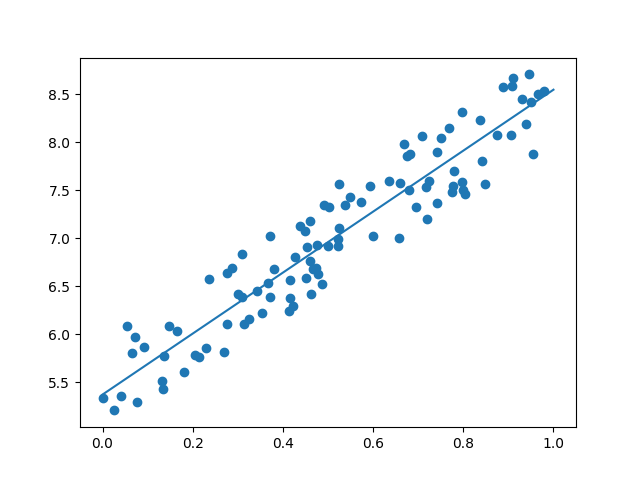
Repository: eieioF11/Python
Script's output: python project/python_sample/Machinelearning.py
An editor plug-in stored every save of this project. The script's output is shown before and after a run of saves, followed by the edit.
Random numbers start from a fixed seed.

Above is the script's output before, as saved 2020-05-23 18:23:56.

After the next 3 saves:
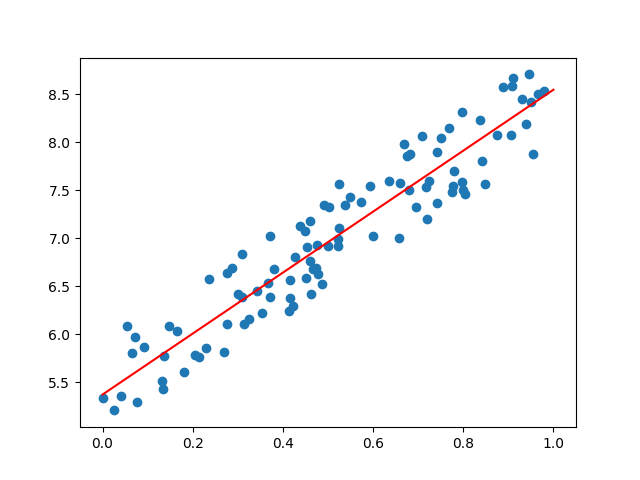
The 3 saves are shown as one change because 1 did not build or start and some came seconds apart.
The last was saved 9 s later.
--- a/project/python_sample/Machinelearning.py
+++ b/project/python_sample/Machinelearning.py
@@ -13,6 +13,6 @@ print(lin_reg.intercept_,lin_reg.coef_)
 
 X_new =  np.array([[0],[1]])
 
-plt.plot(X_new,lin_reg.intercept_+lin_reg.coef_*X_new)
+plt.plot(X_new,lin_reg.intercept_+lin_reg.coef_*X_new,'red')
 plt.scatter(X,Y)
 plt.show()
